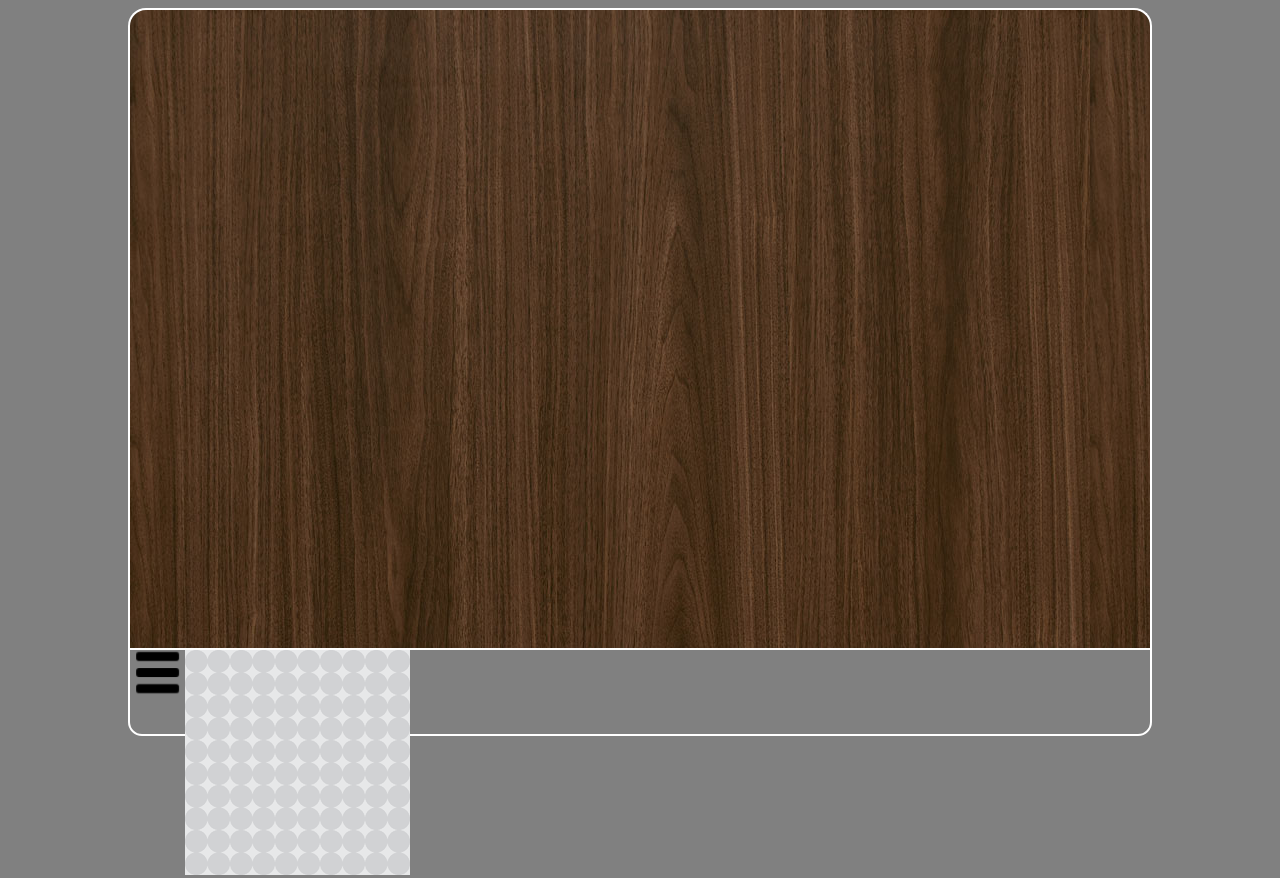
Repository: ls222vy/ls222vy-1dv403-laborationer
Page: 5-pwd/index.html
The author's editor kept a record of every edit. The page is drawn from the files as they stood at one moment, then again after the next edit.
The browser window is 1280 px wide. The pictures show the whole page.

Above is the page before.
Console error: SyntaxError: Unexpected identifier 'window'

After the next edit:
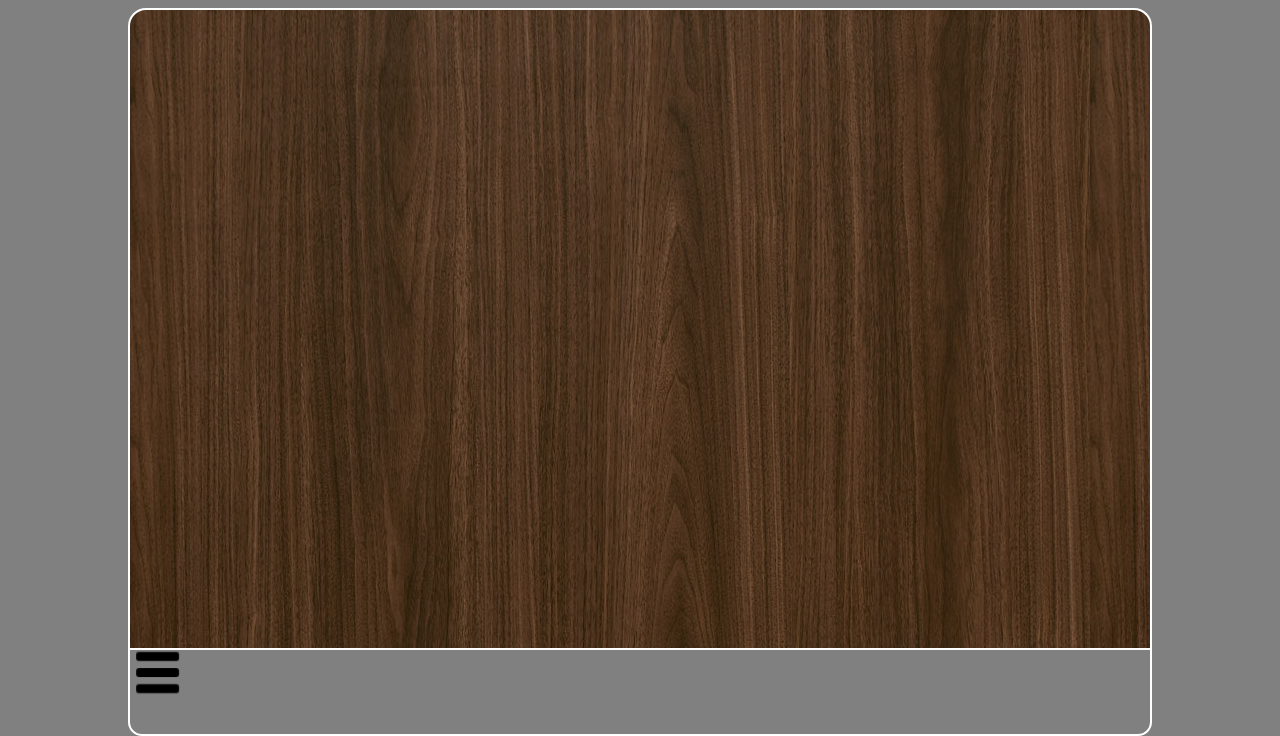
The edit:
--- a/5-pwd/index.html
+++ b/5-pwd/index.html
@@ -17,11 +17,6 @@
 
                  </div>
 
-                 <div class="button">
-
-                     <a id="reset" href="#"><img src="pics/dotted.png" /></a>
-
-                 </div>
 
              </div>
 
